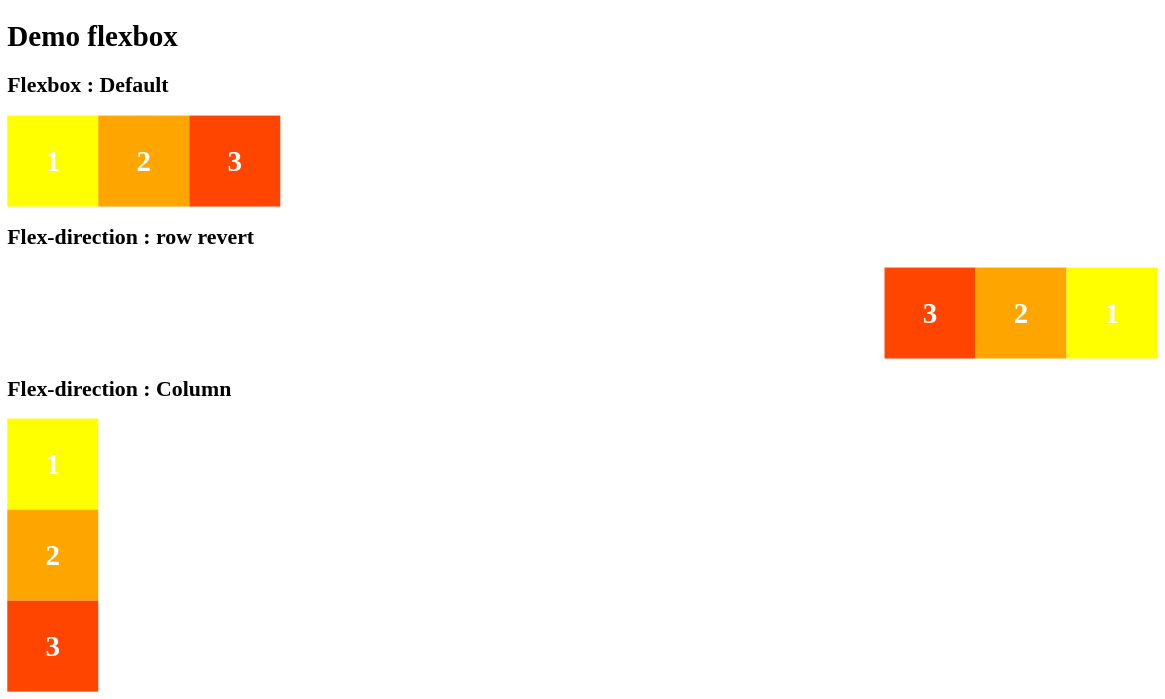
Repository: cvTuananh/Wed-famework
Page: Lab04/lab04/demo06.html
An editor plug-in stored every save of this project. The page is shown before and after a run of saves, followed by the edit.
The browser window is 1280 px wide. The pictures show the whole page, at 91% of full size.

Above is the page before, as saved 2021-09-28 20:39:12.

### Lab04/lab04/demo06.html
<!DOCTYPE html>
<html lang="en">
<head>
    <meta charset="UTF-8">
    <meta http-equiv="X-UA-Compatible" content="IE=edge">
    <meta name="viewport" content="width=device-width, initial-scale=1.0">
    <title>Demo flexbox</title>
    <link rel="stylesheet" href="./css/demo06.css">
    <style>
        .box-item-1{background-color: yellow;}
        .box-item-2{background-color: orange;}
        .box-item-3{background-color:orangered;}

        .box *{
            color: #fff;
            width: 100px;
            height: 100px;
            text-align: center;
            line-height: 100px;
            font-size: 2em;
            font-weight: bold;
        }

        .box1{display: flex;}
        .box2{
            display: flex;
            flex-direction: row-reverse;
        }
        .box3{
            display: flex;
            flex-direction: column;
        }
    </style>
</head>
<body>
    <h1>Demo flexbox</h1>
    <h2>Flexbox : Default</h2>
    <div class="box box1">
        <div class="box-item-1">1</div>
        <div class="box-item-2">2</div>
        <div class="box-item-3">3</div>
    </div>


    <h2>Flex-direction : row revert</h2>
    <div class="box box2">
        <div class="box-item-1">1</div>
        <div class="box-item-2">2</div>
        <div class="box-item-3">3</div>
    </div>

    <h2>Flex-direction : Column</h2>
    <div class="box box3">
        <div class="box-item-1">1</div>
        <div class="box-item-2">2</div>
        <div class="box-item-3">3</div>
    </div>
</body>
</html>

Loaded but not shown: Lab04/lab04/css/demo06.css (no stored copy; drawn as an empty file)

After the next 2 saves:
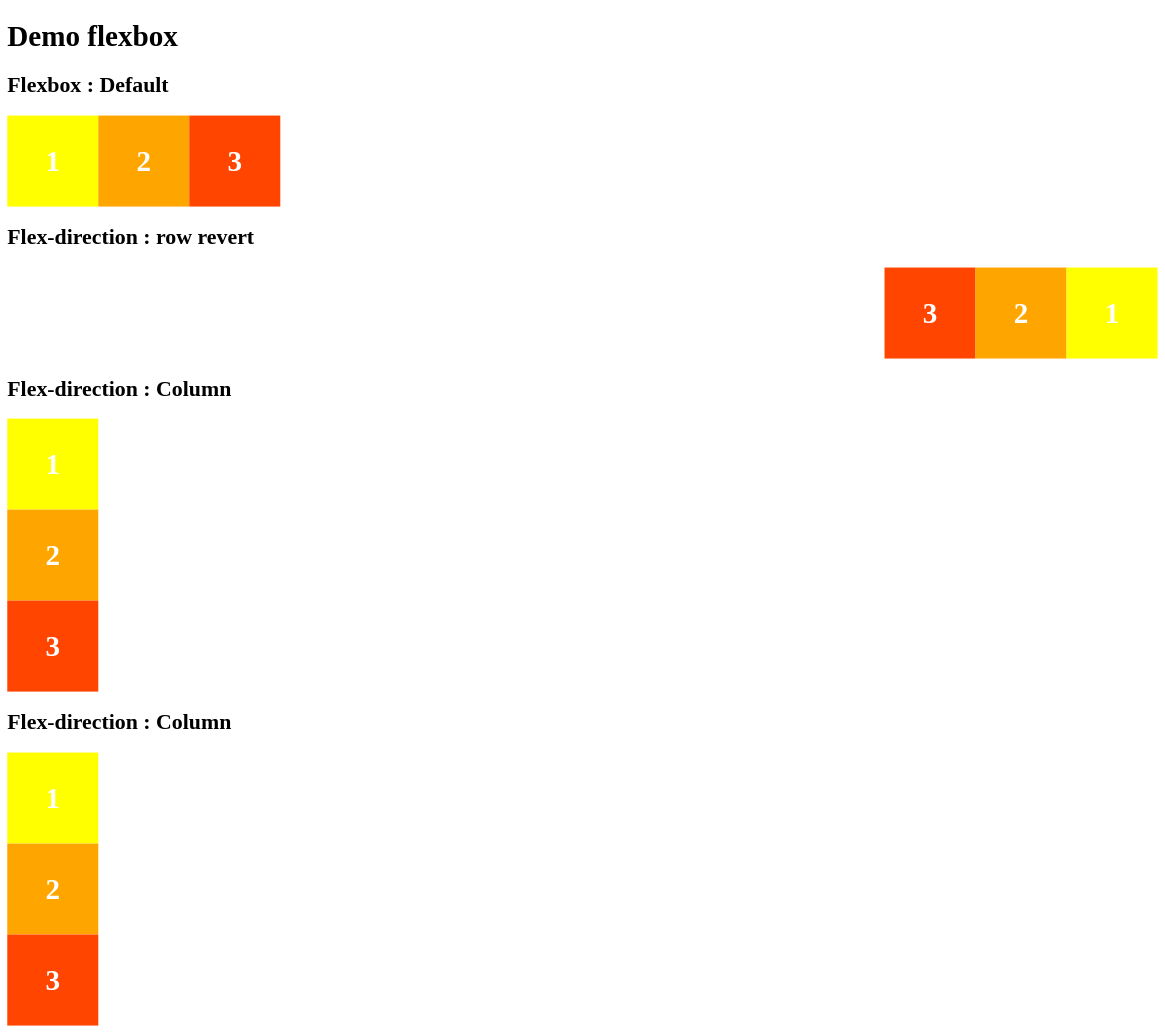
The 2 saves are shown as one change because they came seconds apart.
The last was saved 12 s later.
--- a/Lab04/lab04/demo06.html
+++ b/Lab04/lab04/demo06.html
@@ -55,5 +55,12 @@
         <div class="box-item-2">2</div>
         <div class="box-item-3">3</div>
     </div>
+
+    <h2>Flex-direction : Column</h2>
+    <div class="box box4">
+        <div class="box-item-1">1</div>
+        <div class="box-item-2">2</div>
+        <div class="box-item-3">3</div>
+    </div>
 </body>
 </html>
